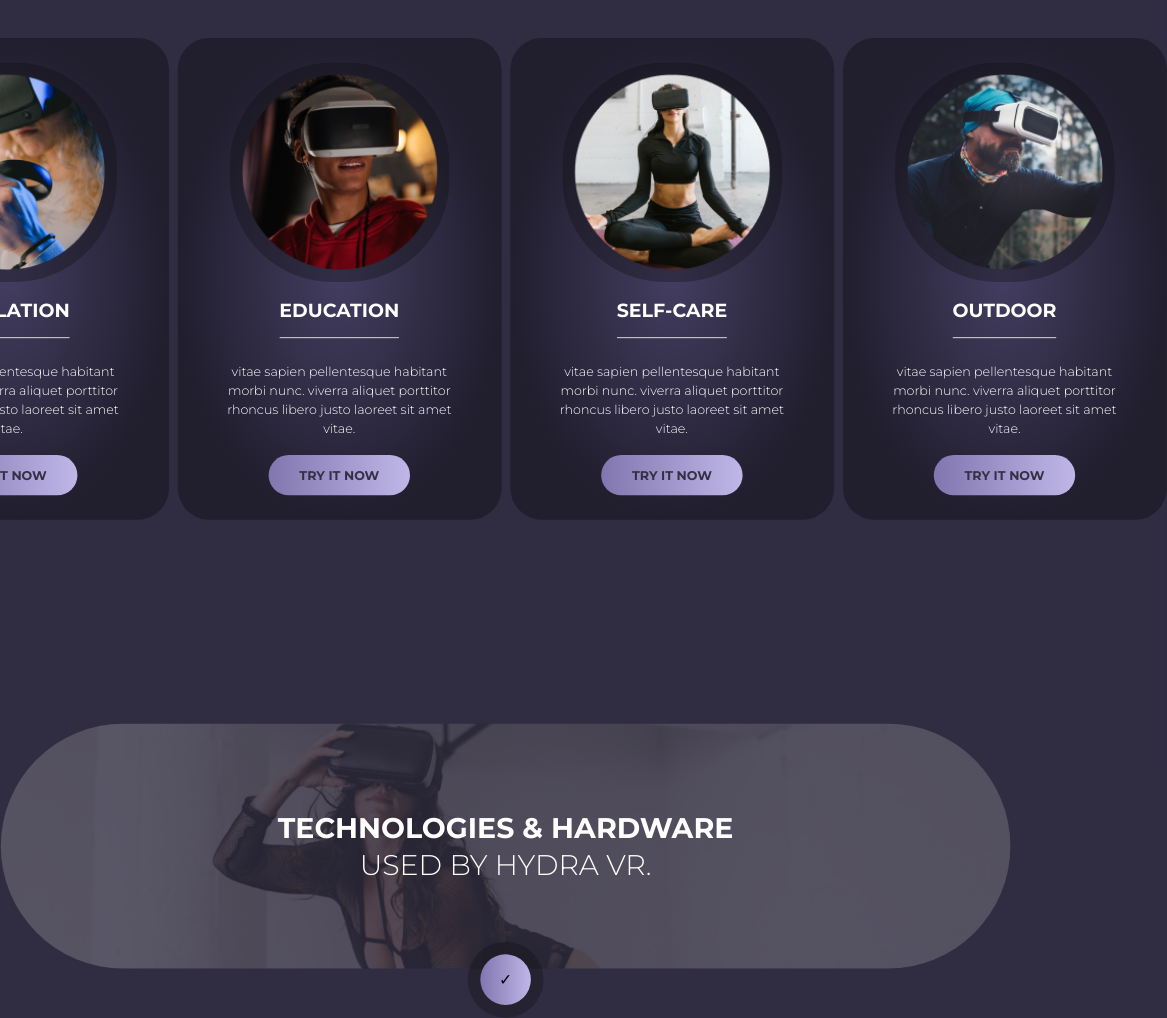
Repository: xMargi/Hydra-LandingPage
Page: index.html
The author's editor kept a copy of each file at every save. The page is drawn from the files as they stood at one save, then again after the next save.
The browser window is 1280 px wide. The page is 1477 px wide, so the pictures cover 1477 px, including what lies to the right of the window. The pictures show the whole page, at 79% of full size.

Above is the page before, as saved 2023-06-07 21:18:59.

### index.html
    <!DOCTYPE html>
    <html lang="pt-br">
    <head>
        <meta charset="UTF-8">
        <meta http-equiv="X-UA-Compatible" content="IE=edge">
        <meta name="viewport" content="width=device-width, initial-scale=1.0">
        <title>Hydra - Landing Page</title>
        <link rel="stylesheet" href="./reset.css">
        <link rel="stylesheet" href="./style.css">
    </head>
    <body>
        <div class="cartoes">
            <div class="cartao">
                <img src="./assets/1.png" alt="Mulher jogando em realidade virtual" class="cartao__img">
                <h1 class="cartao__titulo">Simulation</h1>
                <p class="cartao__paragrafo">Vitae sapien pellentesque habitant morbi
                nunc. Viverra aliquet porttitor rhoncus
                libero justo laoreet sit amet vitae.</p>
                <button class="cartao__button">Try it now</button>
            </div>
            <div class="cartao">
                <img src="./assets/2.png" alt="Homem usando um óculos de realidade virtual" class="cartao__img">
                <h1 class="cartao__titulo">Education</h1>
                <p class="cartao__paragrafo">Vitae sapien pellentesque habitant morbi
                nunc. Viverra aliquet porttitor rhoncus
                libero justo laoreet sit amet vitae.</p>
                <button class="cartao__button">Try it now</button>
            </div>
            <div class="cartao">
                <img src="./assets/3.png" alt="Mulher meditando com óculos de realidade virtual" class="cartao__img">
                <h1 class="cartao__titulo">Self-Care</h1>
                <p class="cartao__paragrafo">Vitae sapien pellentesque habitant morbi
                nunc. Viverra aliquet porttitor rhoncus
                libero justo laoreet sit amet vitae.</p>
                <button class="cartao__button">Try it now</button>
            </div>
            <div class="cartao">
                <img src="./assets/4.png" alt="Homem fazendo exercicíos utilizando um óculos de realidade virtual" class="cartao__img">
                <h1 class="cartao__titulo">Outdoor</h1>
                <p class="cartao__paragrafo">Vitae sapien pellentesque habitant morbi
                nunc. Viverra aliquet porttitor rhoncus
                libero justo laoreet sit amet vitae.</p>
                <button class="cartao__button">Try it now</button>
            </div>
        </div>
        <div class="container__imagem">
            <h1 class="imagem__titulo">Technologies & Hardware</h1>
            <p class="imagem__paragrafo">Used by hydra vr.</p>
        </div>
        <div class="container__button">
            <button class="botao__baixo">&#10003</button>
        </div>
        <script src="./script.js"></script>
    </body>
    </html>

### style.css
@import url('https://fonts.googleapis.com/css2?family=Montserrat:wght@300;400;700&display=swap');

:root{

    --fonte: 'Montserrat', sans-serif;
    --cor-fundo: #302C42;
    --cor-cartao: radial-gradient(50% 50% at 50% 50%, #433D60 0%, #211E2E 100%);
    --cor-button: linear-gradient(90deg, #8176AF 0%, #C0B7E8 100%);
    --cor-hover: linear-gradient(90deg, #5843ad 0%, #5e41e0 100%);
    --cor-branca: #FFFFFF;
    --cor-texto: #343045;
    --cor-sombra: rgba(14, 14, 14, 0.32);
    --weight: 400;

}

body{
    box-sizing: border-box;
    background: var(--cor-fundo);
    display: flex;
    align-items: center;
    flex-direction: column;
    font-family: var(--fonte);
    font-weight: var(--weight);
    text-transform: uppercase;

}

.cartoes{
    margin:3rem 5.4375rem;
    display: flex;
    gap: 0.6875rem;

}

.cartao{
    background: var(--cor-cartao);
    display: flex;
    flex-direction: column;
    gap: 1.3125rem;
    align-items: center;
    justify-content: center;
    text-align: center;
    padding: 3.125rem;
    border-radius: 2.5rem;
    height: 31.875rem;
    width: 19.375rem;
}

.cartao__img{
    background: var(--cor-sombra);
    border-radius: 8.125rem;
    padding: 0.9375rem;
    width: 80%;
}

.cartao__titulo{

    color: var(--cor-branca);
    font-weight: 700;
    font-size: 1.5rem;
    line-height: 1.875rem;
    padding-bottom: 1.2188rem;
    border-bottom: 0.0313rem solid var(--cor-branca);
}

.cartao__paragrafo{
    padding-top: 0.625rem;
    text-transform: lowercase;
    line-height: 1.5rem;
    color: var(--cor-branca);
    font-weight: 300;

}

.cartao__button{

    background: var(--cor-button);
    padding: 1rem 2.4375rem;
    border-radius: 40px;
    font-weight: 700;
    text-transform: uppercase;
    color: var(--cor-texto);
}

.cartao__button:hover{

    background: var(--cor-fundo);
    border: 1px solid #fefefe;
    transition: all 680ms;
    color: #fefefe;

}



.container__imagem{
    width: 79.875rem;
    height: 19.375rem;
    border-radius: 10rem;
    background-image: url(./assets/pexels.png);
    background-repeat: repeat;
    margin: 13.125rem 0 2rem;
    display: flex;
    align-items: center;
    justify-content: center;
    flex-direction: column;
}

.imagem__titulo{

    font-weight: 700;
    font-size: 2.25rem;
    color: var(--cor-branca);

}

.imagem__paragrafo{

    font-weight: 300;
    font-size: 36px;
    color: var(--cor-branca);
    padding-top: 0.6875rem;

}

.container__button{
    background: var(--cor-sombra);
    padding: 1rem;
    border-radius:3.75rem;
    position: absolute;
    top: 74.5rem;
}

.botao__baixo{

    background: var(--cor-button);
    padding: 1.5625rem;
    border-radius: 3.75rem;
    font-size: 1.25rem;
    width: 4rem;
    height: 4rem;
    text-align: center;
    display: flex;
    justify-content: center;
    text-align: center;
    align-items: center;


}

Loaded but not shown: main/reset.css (common file); script.js (no copy from this time; the picture is the same without it)

After the next save:
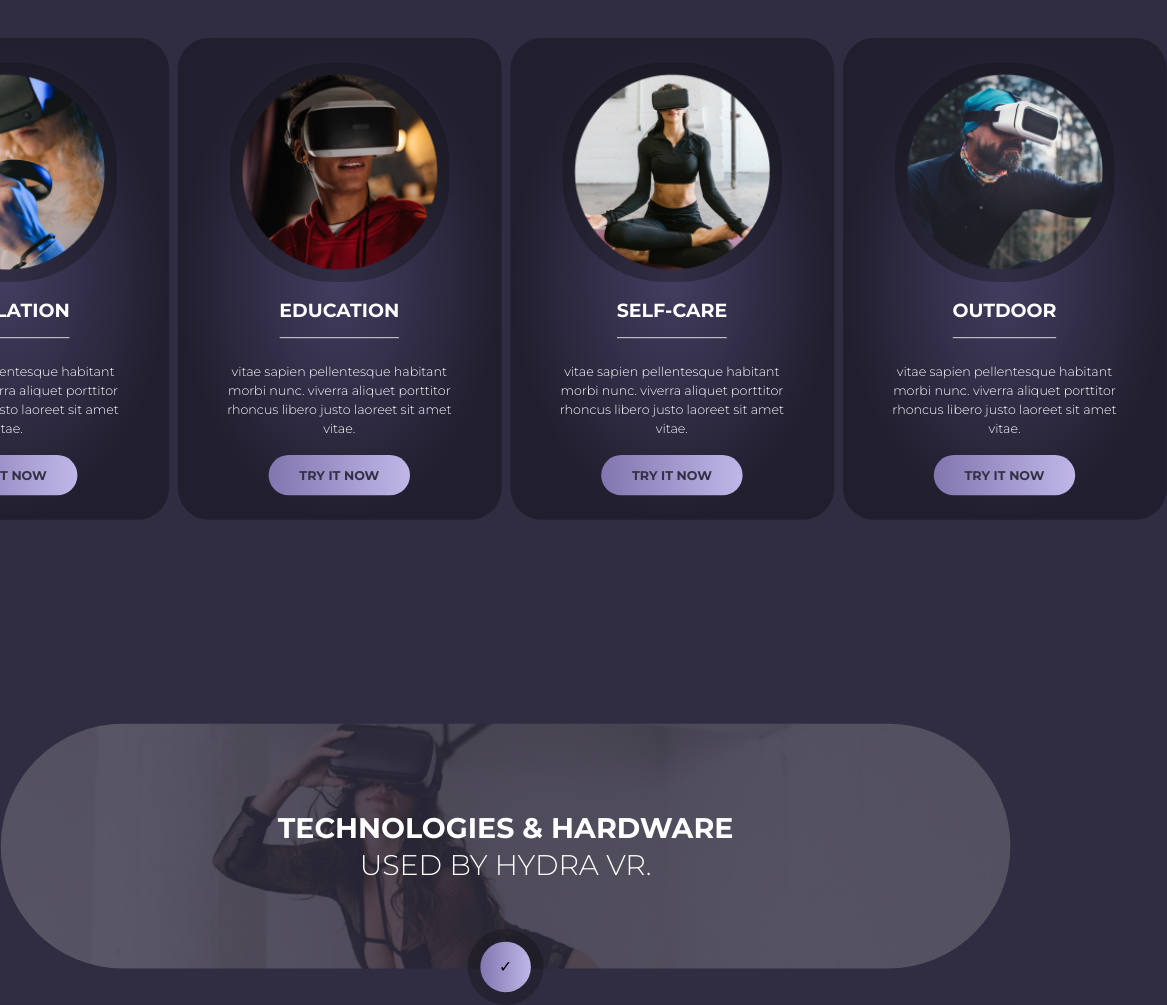
Saved 11 s later.
--- a/style.css
+++ b/style.css
@@ -129,7 +129,7 @@
     padding: 1rem;
     border-radius:3.75rem;
     position: absolute;
-    top: 74.5rem;
+    top: 73.5rem;
 }
 
 .botao__baixo{
